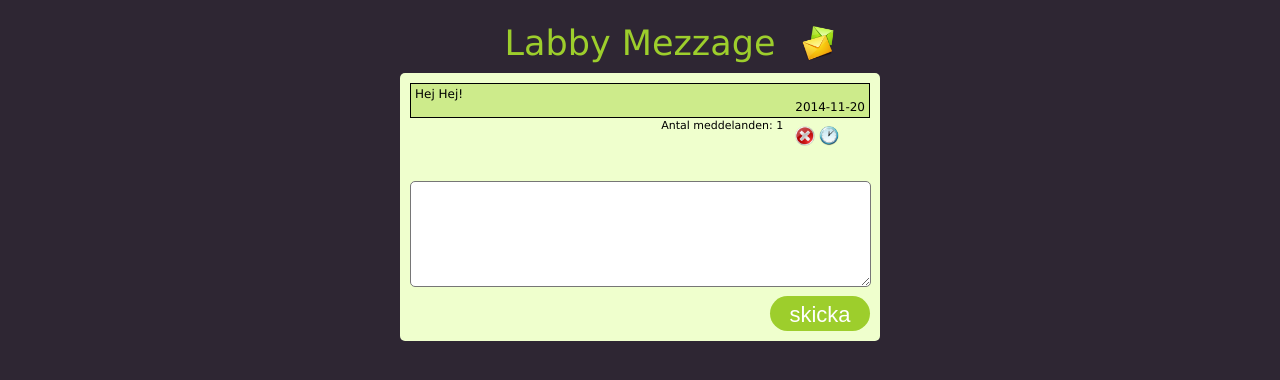
Repository: ad222kr/1dv403-laborationer
Page: 2-labbymezzage/index.html
The author's editor kept a record of every edit. The page is drawn from the files as they stood at one moment, then again after the next edit.
The browser window is 1280 px wide. The pictures show the whole page.

Above is the page before.

### 2-labbymezzage/index.html
<!DOCTYPE HTML>
<html lang="sv">
    <head>
        <meta charset="UTF-8" />
        <title>Laboration 2 - Labby Mezzage!</title>
        <link rel="stylesheet" href="css/style.css" />
        <script src="js/Message.js"></script>
        <script src="js/MessageBoard.js"></script>

    </head>

    <body>
        <div id ="container">
            <header><h1>Labby Mezzage</h1></header>
            <div id="content">
                <div id="messages">
                    <div class="message">
                        <div class="buttons">
                        <p class "timestamp">2014-11-20</p>
                        <a href="#"><img class="delete" src="img/Remove-icon.png"></a></img>
                        <a href="#"><img class="time" src="img/clock.png"></a></img>
                        </div>
                        <p class="msgtext">Hej Hej!</p>


                    </div>
                </div>

                <div id="numberofmess"><p>Antal meddelanden: 1</p></div>
                <form id="form">
                    <textarea id="textarea" name="textarea"></textarea>
                <button id="button" type="button">skicka</button>
                </form>
            </div>
        </div>
    </body>
</html>

### 2-labbymezzage/css/style.css
body{
    background-color: #2E2633; /* Ändra sen */
    font-family: Verdana, Helvetica;

}

h1{

    color:#9dce2c;
    font-size: 35px;
    font-weight: normal;
}
p{
    color: black;
}

header{
    background-image: url("pics/logo.png");
    background-size: 35px 35px;
    background-repeat: no-repeat;
    background-position: 90%;
    text-align: center;
    height: 40px;
    line-height: 40px;
    margin-bottom:10px;
}

#container{
    width: 480px;
    margin: 0px auto;
}

#content{
    background: #EFFFCD;
    border-color: #000000;
    padding: 10px;
    border-radius: 5px;
    -webkit-border-radius: 5px;
    -moz-border-radius: 5px;


}

#content textarea{
    width: 455px;
    height: 100px;
    -webkit-border-radius: 5px;
    -moz-border-radius: 5px;
    border-radius: 5px;
    margin-top:20px;
}

#button{
    border: 0px;
	background-color:#9dce2c;
	-webkit-border-top-left-radius:42px;
	-moz-border-radius-topleft:42px;
	border-top-left-radius:42px;
	-webkit-border-top-right-radius:42px;
	-moz-border-radius-topright:42px;
	border-top-right-radius:42px;
	-webkit-border-bottom-right-radius:42px;
	-moz-border-radius-bottomright:42px;
	border-bottom-right-radius:42px;
	-webkit-border-bottom-left-radius:42px;
	-moz-border-radius-bottomleft:42px;
	border-bottom-left-radius:42px;
	display:inline-block;
	color:#ffffff;
	font-size:22px;
	font-weight:normal;
	font-style:normal;
	height:35px;
	line-height:35px;
	width:100px;
	text-decoration:none;
	text-align:center;
	margin-left: 360px;
	margin-top: 5px;
}

#button:hover{
    background:-webkit-gradient( linear, left top, left bottom, color-stop(0.05, #8cb82b), color-stop(1, #9dce2c) );
	background:-moz-linear-gradient( center top, #8cb82b 5%, #9dce2c 100% );
	background-color:#8cb82b;
}

#button:active{
    position: relative;
    top: 1px;
}

#numberofmess{
    color: black;
    font-size: 11px;
    float: right;
    margin-bottom: -25px;
}

#messages{
    margin-bottom: -15px;
}

.message{

    margin-bottom: 5px;
    font-size: 12px;
    border: solid 1px;
    background: #cdeb8b;
    padding: 4px;
}

.delete{
    height: 20px;
    width: 20px;
}
.time{
    height: 20px;
    width: 20px;
}

.buttons{
    float: right;
    margin-left: 200px;
    margin: 0 0 1em 1em;

}

.msgtext{
    width: 395px;
    text-align: justify;
    margin-top:-1px;
    word-wrap: break-word;
    display: block;

}

.timestamp{
    margin-left:405px;
    margin-bottom:-2px;
    font-size:10px;
}

### 2-labbymezzage/js/Message.js
"use strict";
function Message(message, date){


    this.getText = function(){
        return message;
    };
    this.setText = function(_text){
        message = _text;
    };
    this.getDate = function(){
        return date;
    };
    this.setDate = function(_date){
        date = _date;
    };
}

Message.prototype.getDateText = function(){
    // Hittade på http://stackoverflow.com/a/3067896
    var date = this.getDate();
    var hour = date.getHours().toString();
    var minute = date.getMinutes().toString();
    var seconds = date.getSeconds().toString();

    var dateText = hour + ":" + minute +":" + seconds;

    return dateText;

};
Message.prototype.toString = function(){

    var monthNames = [ "Januari", "Februari", "Mars", "April", "Maj", "Juni",
    "Juli", "Augusti", "September", "Oktober", "November", "December" ];

    var date = this.getDate();
    console.log(date);
    var year = date.getFullYear().toString();
    var month = monthNames[date.getMonth()];
    var day = date.getDate().toString();
    var hour = date.getHours().toString();
    var minute = date.getMinutes().toString();
    var seconds = date.getSeconds().toString();

    var dateTest = "Inlägget skapades den " +day+" "+month+ " "+year+" klockan "+hour+":"+minute+":"+seconds;
    return dateTest;
};
Message.prototype.getHTMLtext = function(){
    var htmlText = this.getText();
    return htmlText.replace(/[\n\r]/g, "<br />");
};

### 2-labbymezzage/js/MessageBoard.js
"use strict";
var MessageBoard = {


    messages: [],

    init: function(){
        // Reference to button
        var button = document.getElementById("button");

        // Add eventhandlers
        button.addEventListener("click", MessageBoard.createMessage, false);
        button.addEventListener("click", MessageBoard.messageCount, false);

    },

    messageCount: function(){
        // Generates messagecounter
        var count = MessageBoard.messages.length;
        var div = document.getElementById("numberofmess");
        var text = document.createElement("p");

        div.innerHTML = "";
        text.innerHTML = "Antal meddelanden: " + count;
        div.appendChild(text);

    },

    createMessage: function(){
        // Creates messageobject from textareas value and date right now
        var input = document.getElementById("textarea").value;
        var mess = new Message(input, new Date());

        // Adds message to array and renders it
        MessageBoard.messages.push(mess);
        MessageBoard.renderMessage(MessageBoard.messages.length - 1);

        // Resets textarea
        document.getElementById("form").reset();
        return false;
    },

    renderMessage: function(messageID){
        // Reference to div that holds all messages
        var div = document.getElementById("messages");

        // Creating elements for message, text, time and delete/timestamp buttons
        var messageDiv = document.createElement("div");
        var buttonDiv = document.createElement("div");
        var text = document.createElement("p");
        var time = document.createElement("p");
        var aClose = document.createElement("a");
        var aTime = document.createElement("a");
        var imgClose = document.createElement("img");
        var imgTime = document.createElement("img");


        // Setting classnames and attributes
        buttonDiv.className = "buttons";
        messageDiv.className = "message";
        text.className = "msgtext";
        time.className = "timestamp";
        imgClose.className = "delete";
        imgTime.className = "time";
        aClose.setAttribute("href", "#");
        aTime.setAttribute("href", "#");
        imgClose.setAttribute("src", "img/Remove-icon.png");
        imgTime.setAttribute("src", "img/clock.png");


        // Pushing elements to DOM
        div.appendChild(messageDiv);
        aClose.appendChild(imgClose);
        aTime.appendChild(imgTime);
        buttonDiv.appendChild(aClose);
        buttonDiv.appendChild(aTime);
        messageDiv.appendChild(buttonDiv);
        messageDiv.appendChild(text);
        messageDiv.appendChild(time);


        // Rendering the message and time
        text.innerHTML = MessageBoard.messages[messageID].getHTMLtext();
        time.innerHTML = MessageBoard.messages[messageID].getDateText();

        // Eventhandler for deleting a message on mouseclick
        imgClose.alt="Close";
        imgClose.onclick = function () {
            MessageBoard.deleteMessage(messageID);
            MessageBoard.messageCount();
        };
        imgTime.alt="Time";
        imgTime.onclick = function () {
            MessageBoard.showTimeStamp(messageID);
        };
    },

    renderMessages: function(){
        // Resets messages element and renders all messages
        document.getElementById("messages").innerHTML ="";

        for(var i = 0; i < MessageBoard.messages.length; i++){
            MessageBoard.renderMessage(i);
        }
    },

    deleteMessage: function(messageID){
        // Deletes one message, then renders all messag
        MessageBoard.messages.splice(messageID, 1);
        MessageBoard.renderMessages();
    },

    showTimeStamp: function(messageID){
        alert(MessageBoard.messages[messageID].toString());
    }
};

window.onload = MessageBoard.init;

After the next edit:
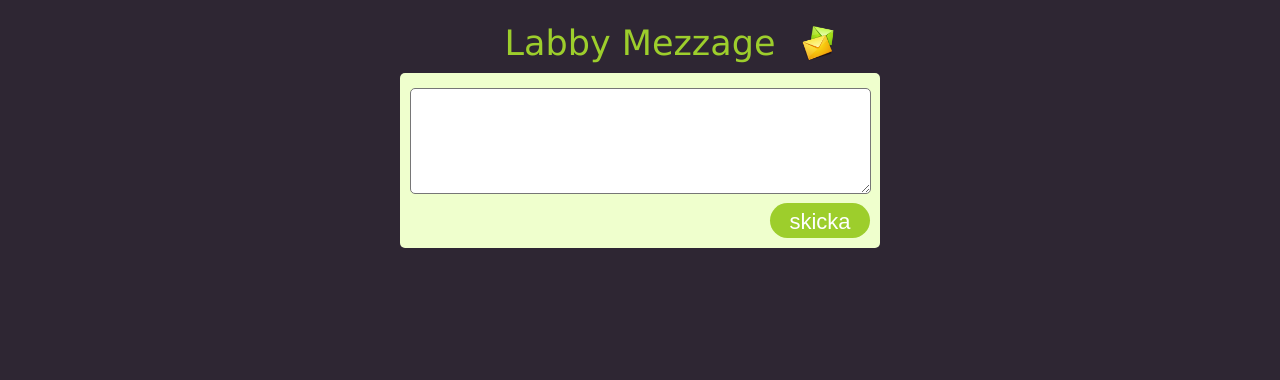
The edit:
--- a/2-labbymezzage/index.html
+++ b/2-labbymezzage/index.html
@@ -13,20 +13,8 @@
         <div id ="container">
             <header><h1>Labby Mezzage</h1></header>
             <div id="content">
-                <div id="messages">
-                    <div class="message">
-                        <div class="buttons">
-                        <p class "timestamp">2014-11-20</p>
-                        <a href="#"><img class="delete" src="img/Remove-icon.png"></a></img>
-                        <a href="#"><img class="time" src="img/clock.png"></a></img>
-                        </div>
-                        <p class="msgtext">Hej Hej!</p>
-
-
-                    </div>
-                </div>
-
-                <div id="numberofmess"><p>Antal meddelanden: 1</p></div>
+                <div id="messages"></div>
+                <div id="numberofmess"></div>
                 <form id="form">
                     <textarea id="textarea" name="textarea"></textarea>
                 <button id="button" type="button">skicka</button>
